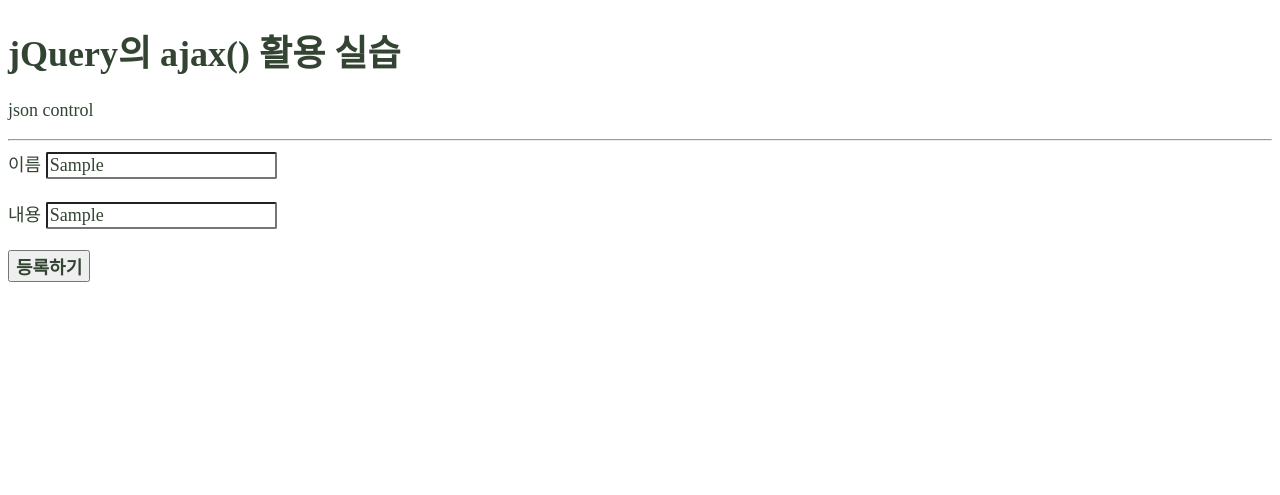
Repository: Jeong43/WebStudy
Page: http://localhost/AjaxJqueryApp05/JsonTest02.jsp
An editor plug-in stored every save of this project. The page is shown before and after the next save, followed by the edit.
The browser window is 1280 px wide. The pictures show the whole page.
Empty fields were first filled with sample values (such as "Sample", 5 or name@example.com).
After loading, the first visible `#sendBtn` was clicked once.
The page is served by Tomcat 9.

Above is the page before, as saved 2021-12-09 03:16:20.
Console error: ReferenceError: jsonObj is not defined

After the next save:
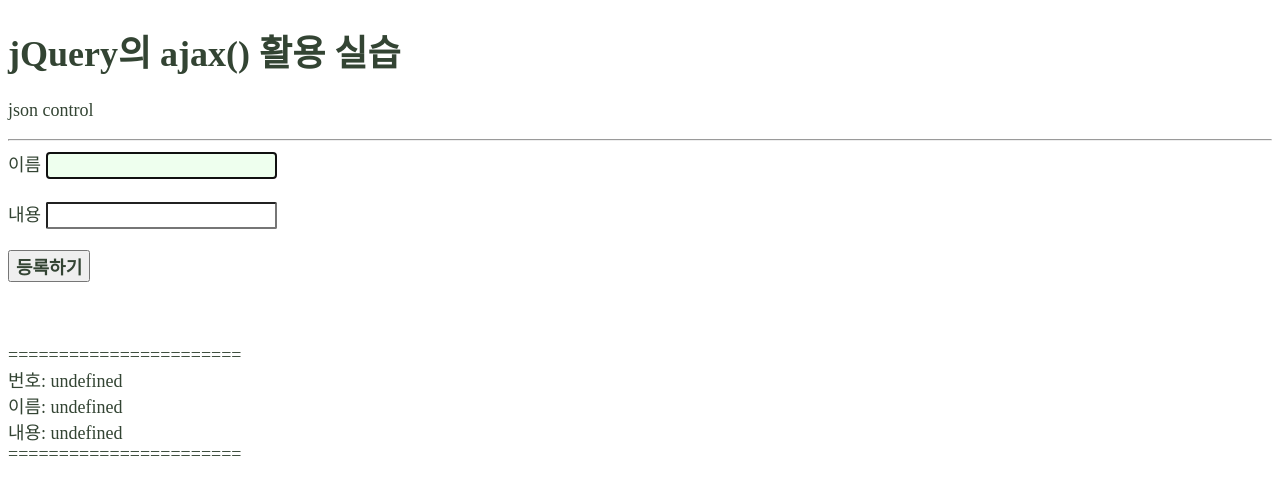
The error is gone.
Saved 36 s later.
--- a/AjaxJqueryApp05/WebContent/JsonTest02.jsp
+++ b/AjaxJqueryApp05/WebContent/JsonTest02.jsp
@@ -27,7 +27,7 @@
 				, url : "JsonTest01_ok.jsp"
 				, data : params
 				, datatype : "json"		// check~!!!
-				, success : function()
+				, success : function(jsonObj)
 				{
 					var out = "";
 
